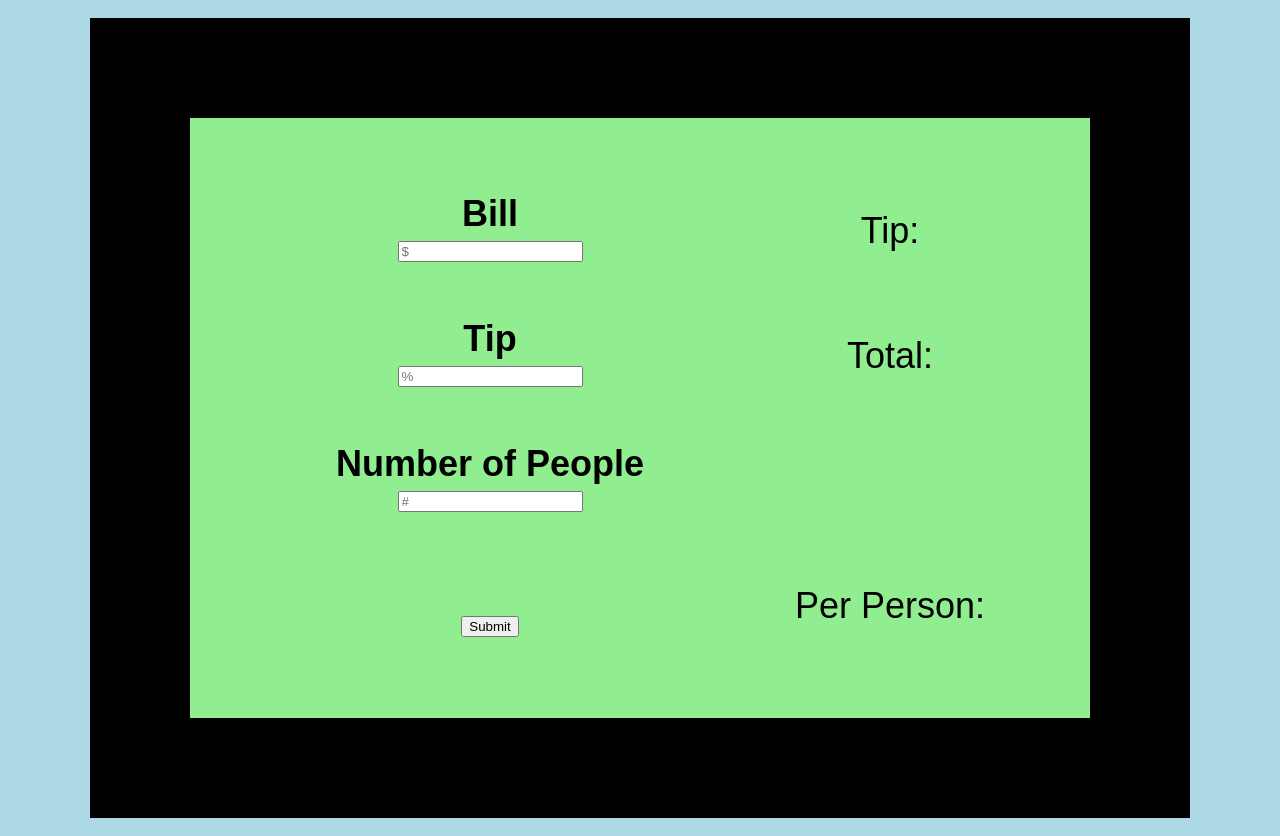
Repository: SamirIngley/Tip-Calculator
Page: tip_display.html
These files come from the project's save history. The page is drawn as it stood at one moment and after the next save; the edit follows.
The browser window is 1280 px wide. The pictures show the whole page.

Above is the page before, as saved 2020-02-13 11:06:45.

### tip_display.html
<!DOCTYPE html>
<html lang="en">
<head>
    <meta charset="UTF-8">
    <meta name="viewport" content="width=device-width, initial-scale=1.0">
    <meta http-equiv="X-UA-Compatible" content="ie=edge">
    <link href="style.css" rel="stylesheet">
    <title>Tip Calculator</title>
</head>
<body>

    <form id='form' class='form'>
        <div class='bill'>
            <label>Bill</label><br>
            <input id='bill' type="number" name="bill" placeholder="$">
        </div>
        <div class='tip'>
            <label>Tip</label><br>
            <input id='tip' type="number" name="tip" placeholder="%">
        </div>
        <div class='numppl'>
            <label>Number of People</label><br>
            <input id='numppl' type="number" name="numppl" placeholder="#">
        </div>
        <div class='submit'><br>
            <input type="submit" name="submit" value="Submit">
        </div>


        <div id='total-display' class="total-disp">
            Total:
        </div>

        <div id='tip-display' class="tip-disp">
            Tip:
        </div>

        <div id='total-pp-display' class="pp-disp">
            Per Person:
        </div>

    </form>

</body>



    <script>

        const inputBill = document.getElementById('bill')
        const inputTip = document.getElementById('tip')
        const inputNumppl = document.getElementById('numppl')
        const form = document.getElementById('form')
        const displayTip = document.getElementById('tip-display')
        const displayTotal = document.getElementById('total-display')
        const displayTotalPP = document.getElementById('total-pp-display')


        function calculateTip() {

            const bill = parseInt(inputBill.value)
            const people = inputNumppl.value
            const percent = inputTip.value
            const tip = bill * percent / 100
            const total = bill + tip
            const totalPP = total / people
            console.log(bill)
            console.log(percent)
            console.log(total)
            console.log(tip)
            console.log(people)
            console.log(totalPP)

            displayTotal.innerHTML = `Total: $${total.toFixed(2)}`
            displayTip.innerHTML = `Tip: $${tip.toFixed(2)}`
            displayTotalPP.innerHTML = `Per Person: $${totalPP.toFixed(2)}`
        }



        form.addEventListener("submit", function(e) {
            e.preventDefault()
            calculateTip()
        })

        // inputBill.addEventListnener('change', function(e) {
        //     console.log(inputBill.value)
        //     const newBillAMount = parseFloat(e.target.value)

        // })

    </script>



</body>
</html>

### style.css
body {
    background-color: lightblue;
    justify-content: center;
    align-items: center;
    /* margin: 100px; */
    /* padding: 100px; */
    display: flex;
}

.form {
    background-color: lightgreen;
    display: grid;
    grid-template-columns: 500px 300px;
    grid-template-rows: repeat(4, 1fr);
    grid-template-areas: "b d"
                         "t y"
                         "n ."
                         "s p"

}


.form {
    font-family: Arial, Helvetica, sans-serif;
    font-size: 36px;
    font-weight: 2000;
    justify-content: center;
    align-items: center;
    text-align: center;
    height: 500px;
    line-height: 30px;
    margin: 10px;
    padding: 50px;
    border-style: solid;
    border-width: 100px;
    border-color: black;
}

.bill {
    grid-area: b;
    font-weight: bold;
}

.tip {
    grid-area: t;
    font-weight: bold;
}

.numppl {
    grid-area: n;
    font-weight: bold;
}

.submit {
    grid-area: s;
}


.tip-disp {
    grid-area: d;
}

.total-disp {
    grid-area: y
}

.pp-disp {
    grid-area: p
}

After the next save:
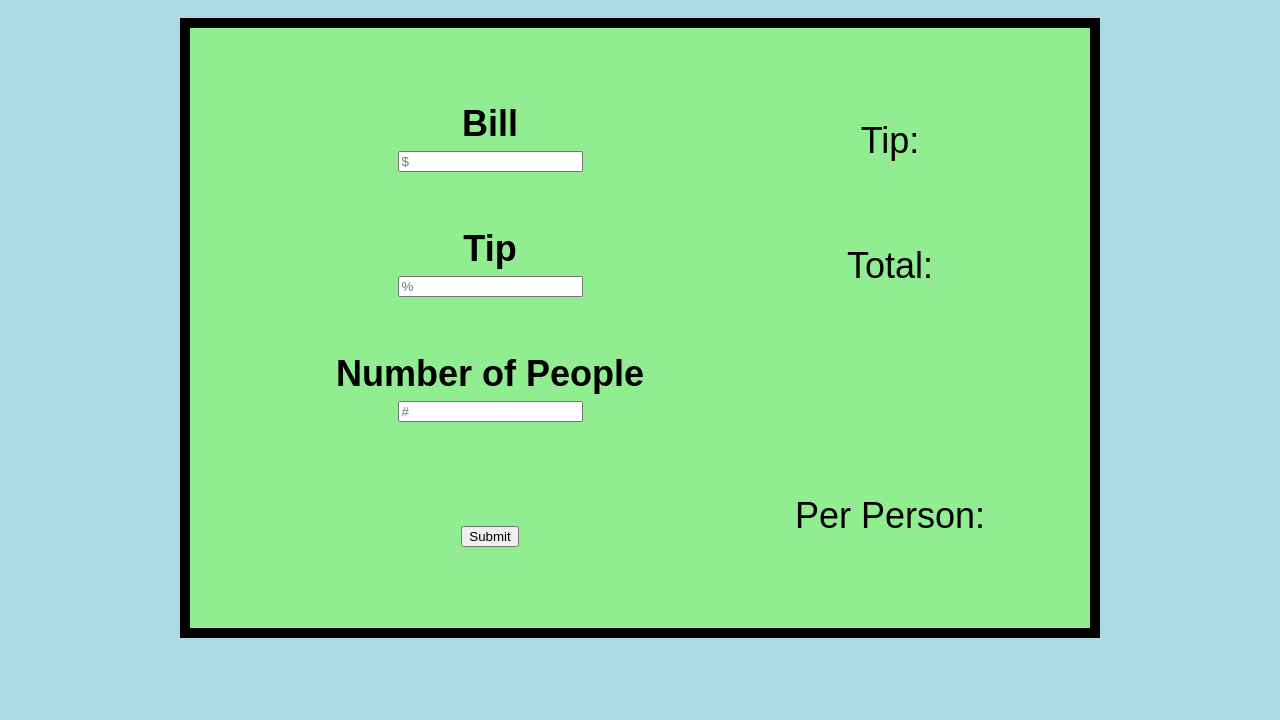
Saved 5 s later.
--- a/style.css
+++ b/style.css
@@ -32,7 +32,7 @@ body {
     margin: 10px;
     padding: 50px;
     border-style: solid;
-    border-width: 100px;
+    border-width: 10px;
     border-color: black;
 }
 
